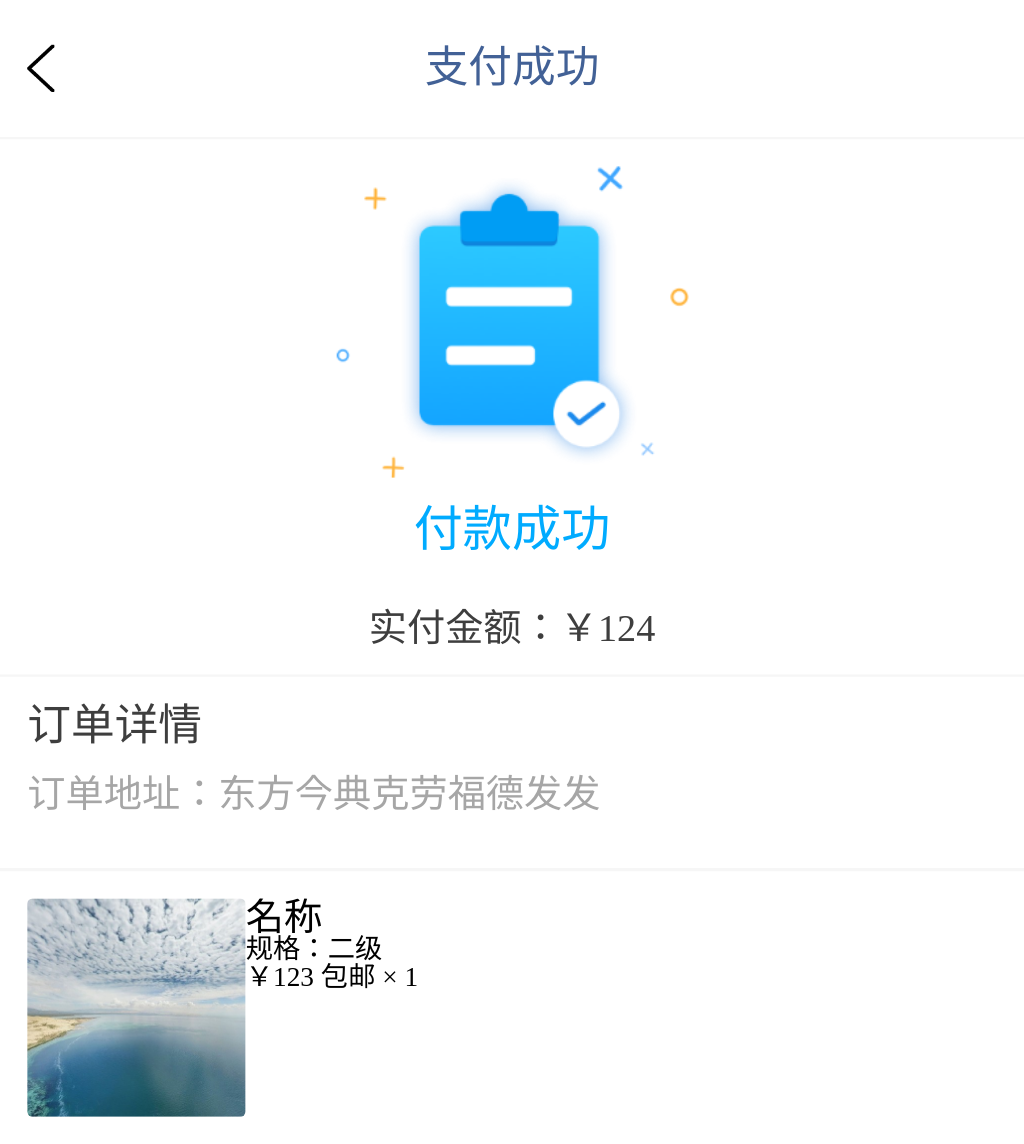
Repository: 421538074/sell
Page: consumer/pay-success.html
These files come from the project's save history. The page is drawn as it stood at one moment and after the next save; the edit follows.
The browser window is 1280 px wide. The pictures show the whole page, at 80% of full size.

Above is the page before, as saved 2019-05-31 15:22:46.

### consumer/pay-success.html
<!DOCTYPE html>
<html lang="en">

<head>
    <meta charset="UTF-8">
    <meta name="viewport" content="width=device-width, initial-scale=1.0">
    <meta http-equiv="X-UA-Compatible" content="ie=edge">
    <title>支付成功</title>
    <link rel="stylesheet" href="../css/base.css">
    <link rel="stylesheet" href="css/common.css">
    <link rel="stylesheet" href="css/pay-success.css">
</head>

<body>
    <div id="app" class="content">
        <nav @click="back" class="nav-bar-wrapper">
            <img src="../img/back.png" class="back-icon">
            <p class="nav-bar-title">支付成功</p>
        </nav>
        <div class="order-success-wrapper">
            <img src="../img/order-success.png" class="order-success-icon">
            <p class="order-success-title">付款成功</p>
            <p class="show-actual-money">实付金额：￥124</p>
        </div>
        <div class="order-detail-wrapper">
            <p class="order-detail-title">订单详情</p>
            <p class="order-address">
                订单地址：东方今典克劳福德发发
            </p>
        </div>
        <ul class="order-goods-list-wrapper">
            <li class="order-item">
                <img src="../img/1.jpg" class="goods-icon">
                <div class="goods-detail">
                    <p class="goods-title ellipsis">名称</p>
                    <p class="goods-category">规格：二级</p>
                    <p class="goods-price-num">
                        <span class="price">￥123</span>
                        <span class="post">包邮</span>
                        <span class="num">× 1</span>
                    </p>
                </div>
            </li>
        </ul>
    </div>
    <script src="../js/api.js"></script>
    <script src="../js/jquery.min.js"></script>
    <script src="../js/vue.js"></script>
    <script src="js/vue-mixin.js"></script>
</body>

</html>

### css/base.css
/* http://meyerweb.com/eric/tools/css/reset/
   v2.0 | 20110126
   License: none (public domain)
*/

html,
body,
div,
span,
applet,
object,
iframe,
h1,
h2,
h3,
h4,
h5,
h6,
p,
blockquote,
pre,
a,
abbr,
acronym,
address,
big,
cite,
code,
del,
dfn,
em,
img,
ins,
kbd,
q,
s,
samp,
small,
strike,
strong,
sub,
sup,
tt,
var,
b,
u,
i,
center,
dl,
dt,
dd,
ol,
ul,
li,
fieldset,
form,
label,
legend,
table,
caption,
tbody,
tfoot,
thead,
tr,
th,
td,
article,
aside,
canvas,
details,
embed,
figure,
figcaption,
footer,
header,
hgroup,
menu,
nav,
output,
ruby,
section,
summary,
time,
mark,
audio,
video {
    margin: 0;
    padding: 0;
    border: 0;
    font-size: 100%;
    font: inherit;
    vertical-align: baseline;
}

/* HTML5 display-role reset for older browsers */
article,
aside,
details,
figcaption,
figure,
footer,
header,
hgroup,
menu,
nav,
section {
    display: block;
}

body {
    line-height: 1;
}

ol,
ul {
    list-style: none;
}

blockquote,
q {
    quotes: none;
}

blockquote:before,
blockquote:after,
q:before,
q:after {
    content: '';
    content: none;
}

table {
    border-collapse: collapse;
    border-spacing: 0;
}


body,
html {
    font-size: calc(100vw / 37.5) !important;
    font-family: PingFangSC-Medium;
    background: #F2F2F2;
}


[v-cloak] {
    display: none;
}


hr {
    margin: 0;
    padding: 0;
}

.clearfix {
    zoom: 1;
}

.clearfix:after {
    content: ".";
    display: block;
    visibility: hidden;
    height: 0;
    clear: both;
}

[v-cloak] {
    display: none;
}

### consumer/css/common.css
*{
    box-sizing: border-box;
}
html,body{
    background: #f6f6f6;
}
html,body,div.content{
    height: 100%;
}
/*底部菜单栏*/
nav.tool-bar-wrapper {
    height: 5rem;
    background: #ffffff;
    display: flex;
    align-items: center;
    justify-content: space-around;
}
a.nav-item {
    color: #888888;
    text-decoration: none;
    font-size: 1.5rem;
    display: flex;
    flex-direction: column;
    align-items: center;
    justify-content: space-around;
    height: 90%;
}
a.nav-item.active{
    color: #0093FF;
}
img.nav-item-icon{
    width: 1.5rem;
    height: 1.5rem;
}
.ellipsis{
    overflow: hidden;
    white-space: nowrap;
    text-overflow: ellipsis;
}
/*顶部返回栏 */
nav.nav-bar-wrapper {
    background: #FFFFFF;
    height: 5rem;
    display: flex;
    align-items: center;
    justify-content: space-around;
    position: fixed;
    width: 100%;
    top: 0;
    z-index: 2;
    font-size: 1.6rem;
    color: #426196;
}
img.back-icon {
    position: absolute;
    width: 1rem;
    left: 1rem;
}

### consumer/css/pay-success.css
div.content {
    padding-top: 5rem;
}
.order-success-wrapper {
    display: flex;
    align-items: center;
    justify-content: center;
    flex-direction: column;
    padding-top: 1rem;
    background: #FFFFFF;
    margin-top: 0.1rem;
}
img.order-success-icon {
    width: 35%;
    height: auto;
}
p.order-success-title {
    color: #00ABFF;
    font-size: 1.8rem;
    margin: 1rem;
}
p.show-actual-money {
    color: #3E3E3E;
    font-size: 1.4rem;
    margin: 1rem;
}
.order-detail-wrapper {
    margin-top: 0.1rem;
    background: #FFFFFF;
    padding: 1rem;
}
p.order-detail-title {
    color: #3E3E3E;
    font-size: 1.6rem;
}
p.order-address {
    color: #A6A6A6;
    font-size: 1.4rem;
    margin: 1rem 0;
}
ul.order-goods-list-wrapper {
    margin-top: 0.1rem;
    background: #FFFFFF;
}
img.goods-icon {
    width: 8rem;
    height: 8rem;
    border-radius: 0.2rem;
}
li.order-item {
    height: 10rem;
    display: flex;
    align-items: center;
    padding: 1rem;
}
.goods-detail {
    height: 100%;
    flex: 1;
    width: calc(100% - 8rem);
}
p.goods-title {
    color: #000000;
    font-size: 1.4rem;
}

### js/api.js
function getUrlKey(name) {
    return decodeURIComponent((new RegExp('[?|&]' + name + '=' + '([^&;]+?)(&|#|;|$)').exec(location.href) || [, ""])[1].replace(/\+/g, '%20')) || null;
}


// window.warn = {
//     alert: function alert(msg) {
//         var template = `
// `
//         $('body').append(template);
//         $('.alert-body').animate({
//             top: "40px"
//         }, 200);
//         // setTimeout(function () {
//         //     warn.close();
//         // }, 1500);
//     },
//     close: function close() {
//         $('.alert-body').animate({
//             top: "-280px"
//         }, 200);
//         setTimeout(function () {
//             $('#alert-msg').remove();
//         }, 200);
//     }
// };

### consumer/js/vue-mixin.js
Vue.mixin({
    methods: {
        /**
         * 返回
         */
        back() {
            history.go(-1);
        },
        /**
         * 限制长度
         * @param {String} 要限制长度的字段
         * @param {Number} 长度
         */
        limitLength(key, length) {
            this[key] = this[key].substring(0, length);
        },
        /**
         * 验证11位手机号
         * @param {Number} phone
         */
        validatePhone(phone) {
            const phoneReg = /^[1-9][0-9]{9}[0-9]$/;
            return phoneReg.test(phone);
        },
        /**
         * 发送手机验证码
         * @param {Number} waitTimeKey 等待时间键名
         * @param {String} tipsKey 发送验证码显示的信息的键名
         * @param {String} phoneKey 手机号键名
         * @param {String} reSendMsg  按钮默认显示的文字
         */
        sendCode(waitTimeKey, tipsKey, phoneKey, defaultMsg) {
            if (!this.validatePhone(this[phoneKey])) {
                alert('无效手机号!');
                return;
            }
            if (this[waitTimeKey] == 60) {
                $.post('', {
                        phone: this[phoneKey]
                    }, (res) => {
                        if (res.status == 1) {
                            const interval = setInterval(() => {
                                if (this[waitTimeKey] == 1) {
                                    this[waitTimeKey] = 60;
                                    this[tipsKey] = defaultMsg;
                                    clearInterval(interval);
                                    return;
                                }
                                this[waitTimeKey] -= 1;
                                this[tipsKey] = `${this[waitTimeKey]}s`;
                            }, 1000);
                        } else {
                            alert('发送失败!');
                        }
                    }, 'json')
                    .fail(err => {
                        alert('服务器异常!');
                    });
            }
        },
        /**
         * 链接跳转
         * @param {String} url
         */
        linkTo(url) {
            window.location.href = url;
        }
    },
    filters: {

    }
})

Loaded but not shown: js/jquery.min.js (library); js/vue.js (library)

After the next save:
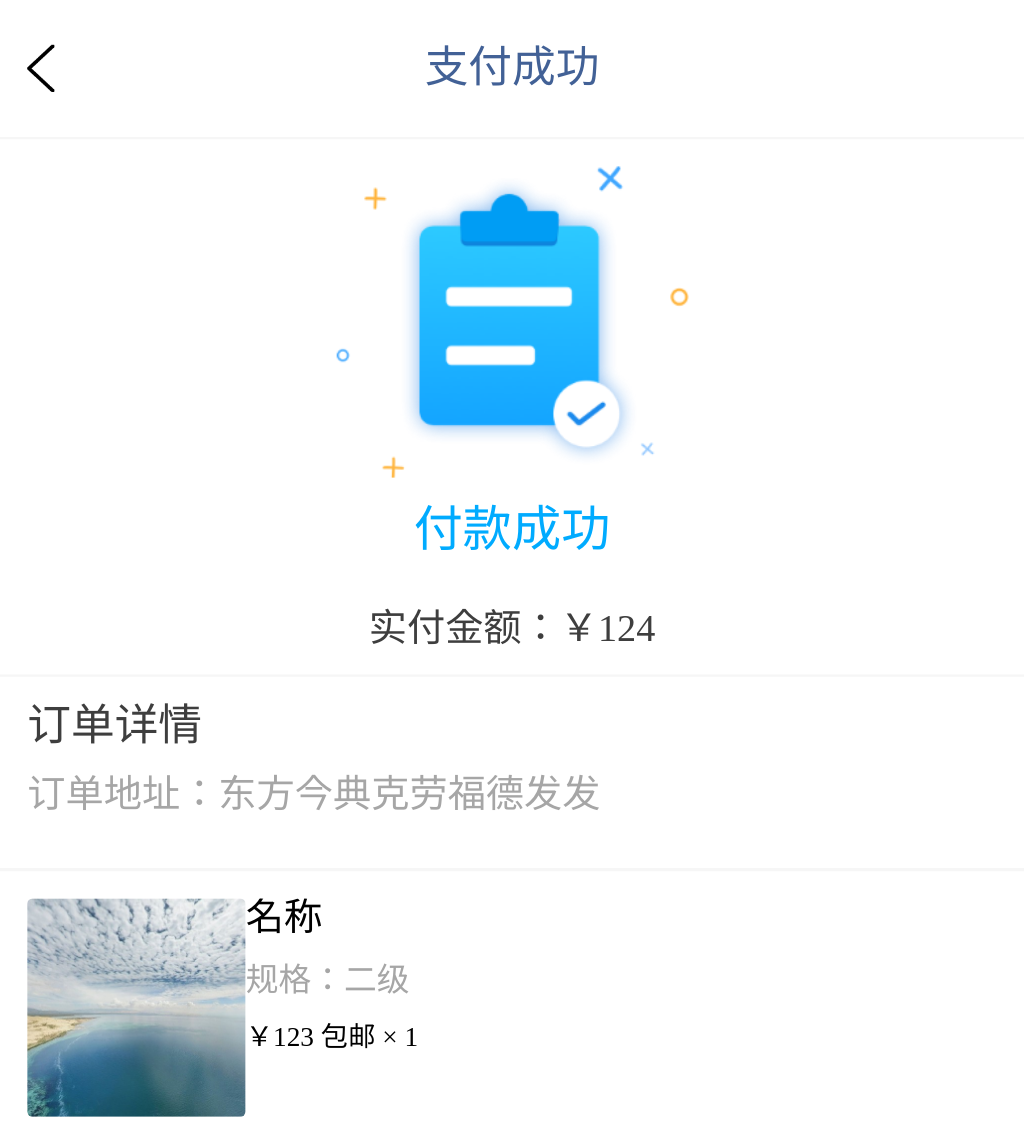
Saved 54 s later.
--- a/consumer/css/pay-success.css
+++ b/consumer/css/pay-success.css
@@ -61,4 +61,10 @@ li.order-item {
 p.goods-title {
     color: #000000;
     font-size: 1.4rem;
+    margin-bottom: 1rem;
 }
+p.goods-category {
+    color: #A6A6A6;
+    font-size: 1.2rem;
+    margin-bottom: 1rem;
+}
